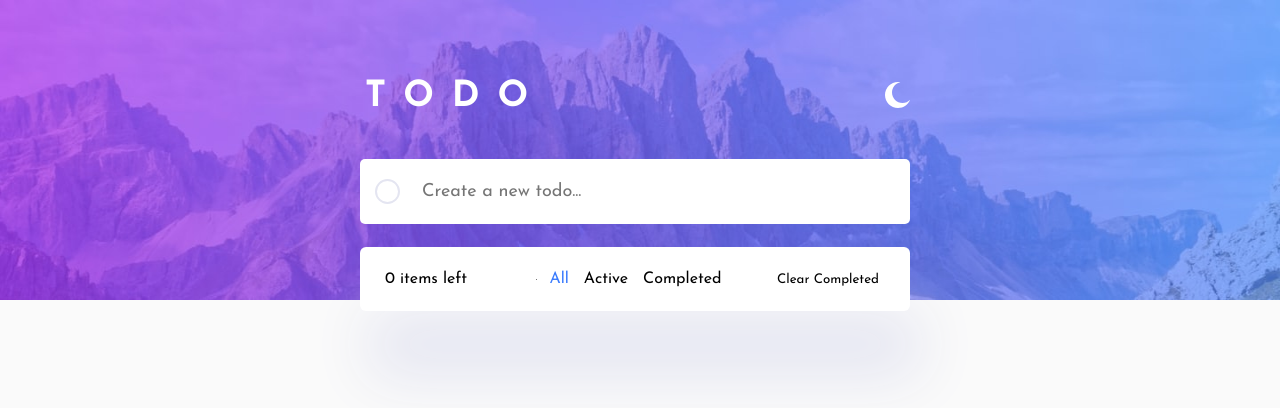
Repository: Haviles04/todoapp
Page: /
These files come from the project's save history. The page is drawn as it stood at one moment and after the next save; the edit follows.
The browser window is 1280 px wide. The pictures show the whole page.
The project was rebuilt for these pictures with package versions that can differ from the ones it lists, and the page was loaded fresh each time.

Above is the page before, as saved 2022-10-24 16:55:04.

### public/index.html
<!DOCTYPE html>
<html lang="en">
  <head>
    <meta charset="utf-8" />
    <meta name="viewport" content="width=device-width, initial-scale=1" />
    <meta name="theme-color" content="#000000" />
    <meta
      name="description"
      content="Web site created using create-react-app"
    />

    <title>Todo App</title>
  </head>
  <body>

    <div id="root"></div>

  </body>
</html>

### src/App.js
import React, { useEffect, useState } from "react";
import "./App.css";
import TaskForm from "./components/taskForm/TaskForm";
import TaskList from "./components/taskList/TaskList";
import Header from "./components/header/Header";



function App() {
  let todoNumber;

  const [todo, setTodo] = useState("");


  const [todoList, setTodoList] = useState(() => {
    //checks to see if there is a todoList saved to local storage, if not returns empty array
    const savedTodoList = localStorage.getItem("todoList");
    if (savedTodoList) {
      return JSON.parse(savedTodoList);
    } else {
      return [];
    }
  });


  //sets "todo" as whatever value of input field is.
  function onChange(e) {
    e.preventDefault();
    setTodo(e.target.value);
  }


  //pushes new "todo" to the setTodoList array
  function handleClick(e) {
    e.preventDefault();

    if(todoList.length > 0){
      todoNumber = todoList.length;
    } else{
      todoNumber = 0;
    }

    const newTodo = {
      text: todo,
      complete: false,
      id: (todoNumber += 1),
    };

    setTodo("");
    setTodoList([...todoList].concat(newTodo));
    document.getElementById("taskInput").value = "";
  }

  useEffect(() => {
    localStorage.setItem("todoList", JSON.stringify(todoList));
  }, [todoList]);



  return (
    <div className="App">
      <Header />
      <TaskForm onChange={onChange} handleClick={handleClick} todo={todo} />
      <TaskList todoList={todoList} setTodoList={setTodoList} />
    </div>
  );
}

export default App;

### src/App.css
@import url('https://fonts.googleapis.com/css2?family=Josefin+Sans:wght@400;700&display=swap');

body, html{
    width: 100vw;
    height: auto;
    margin: 0;
    font-family: 'Josefin Sans', sans-serif;
    font-size: 18px;
    display: flex;
    justify-content: center;
    background-image: url('./assests/bg-desktop-light.jpg');
    background-repeat: no-repeat;
    background-size: 100% 300px;
    background-color: hsl(0, 0%, 98%);
}


@media only screen and (max-width:600px ){
    body,html{
        background-image: url('./assests/bg-mobile-light.jpg');
        background-size: 100% 200px, contain;
    }

    .App{
        display: flex;
        flex-direction: column;
        justify-content: center;
        width: 100%;
    }
  }

### src/components/taskForm/TaskForm.jsx
import React from "react";
import "./taskForm.css";

function TaskForm(props) {
  return (
    <div className="inputContainer">
      <form onSubmit={props.handleClick}>
        <button id="taskBtn" className="circleBtn" type="submit"></button>
        <input
          id="taskInput"
          className="taskInput"
          type="text"
          placeholder="Create a new todo..."
          onChange={props.onChange}
        ></input>
      </form>
    </div>
  );
}

export default TaskForm;

### src/components/taskList/TaskList.jsx
import React, { useState } from "react";
import "./taskList.css";
import TaskItem from "../taskItem/TaskItem";
import OptionsFooter from "../optionsFooter/OptionsFooter";

function TaskList({ todoList, setTodoList }) {
  const [listType, setListType] = useState("all");


  return (
    <div className="taskDisplay">
      <TaskItem
        todoList={todoList}
        listType={listType}
        setTodoList={setTodoList}

      />
      <OptionsFooter
        todoList={todoList}
        setListType={setListType}
        setTodoList={setTodoList}
      />
    </div>
  );
}

export default TaskList;

### src/components/header/Header.jsx
import React from 'react'
import './header.css'


function Header() {
  return (
    <div id="header" className='header'>

        <h1>TODO</h1>
        <button className='modeToggle'></button>

    </div>
  )
}

export default Header

### src/components/taskForm/taskForm.css
.inputContainer{
    height: 65px;
    width: 550px;
    background-color: white;
    border-radius: 5px;
    display: flex;
    justify-content: space-between;
    align-items: center;
    margin-top: 15px;
}

form{
    display:flex;
    align-items: center;
}

.taskInput{
    width: 450px;
    height: 30px;
    margin-left: 20px;
    font-family: 'Josefin Sans', sans-serif;
    border: 0;
    outline: none;
    font-size: 18px;
}

.circleBtn{
    width:25px;
    height: 25px;
    border-radius: 50%;
    border:2px solid hsl(236, 33%, 92%);
    background-color: transparent;
    margin-left: 15px;
    background-position: center;
}

.circleBtn:hover{
    cursor: pointer;
}


@media only screen and (max-width:600px ){
  .inputContainer{
    width: 325px;
    height: 50px;
  }


    .taskInput{
    width: auto;
  }
}

### src/components/taskList/taskList.css
.taskDisplay {
  margin-top: 23px;
  width: 550px;
  height: auto;
  background-color: white;
  border-radius: 6px;
  box-shadow: 10px 65px 60px hsl(236, 33%, 92%);
}

@media only screen and (max-width:600px ){
  .taskDisplay{
    width: 325px;
    margin-top: 15px;
  }
}

### src/components/taskItem/TaskItem.jsx
import React from "react";
import "./taskItem.css";

function TaskItem({ listType, todoList,setTodoList }) {
  let displayList = [];

  //determines which list type to display
  if (listType === "all") {
    displayList = [...todoList];
  } else if (listType === "active") {
    displayList = [...todoList].filter((todo) => !todo.complete);
  } else {
    displayList = [...todoList].filter((todo) => todo.complete);
  }


  //sets the current todo as complete inside of the array, runs pluralize to change "task left" at bottom
  function completeTask(id) {
    todoList.forEach((todo) => {
      if (todo.id === id) {
        todo.complete = !todo.complete;
      }

      setTodoList(todoList);

    });
  }

  return (
    <>
      {displayList.map((todo) => {
        if (todo.complete) {
          return (
            <div id={`container_${todo.id}`} key={todo.id} className="todoList">
              <label>
                <input
                  type="checkbox"
                  display="hidden"
                  name={`checkID${todo.id}`}
                  onClick={() => completeTask(todo.id)}
                  className="checkComplete"
                  defaultChecked
                ></input>
                <span className="checkboxSpan" />
                <span className="todoText">{todo.text}</span>
              </label>
            </div>
          );
        } else {
          return (
            <div id={`container_${todo.id}`} key={todo.id} className="todoList">
              <label>
                <input
                  type="checkbox"
                  display="hidden"
                  name={`checkID${todo.id}`}
                  onClick={() => completeTask(todo.id)}
                  className="checkComplete"
                ></input>
                <span className="checkboxSpan" />
                <span className="todoText">{todo.text}</span>
              </label>
            </div>
          );
        }
      })}
    </>
  );
}

export default TaskItem;

### src/components/optionsFooter/OptionsFooter.jsx
import React, { useEffect, useState } from "react";
import "./optionsFooter.css";

function OptionsFooter(props) {
  const [plural, setPlural] = useState("");
  useEffect(() => pluralize());

  //Checks to see how many items are on the list, and makes "item" plural
  function pluralize() {
    setPlural(() => {
      let countOverOne = [...props.todoList].filter(
        (todo) => !todo.complete
      ).length;
      if (countOverOne === 1) {
        return `${countOverOne} item left`;
      } else {
        return `${countOverOne} items left`;
      }
    });
  }

  //clears Completed from array
  function clearComplete() {
    let activeArray = [...props.todoList].filter((todo) => !todo.complete);
    props.setTodoList(activeArray);
  }

  return (
    <div className="completedActiveOptions">
      <span className="todoCount">{plural}</span>
      <div className="options">
      <form>
        <input
          id="all"
          type="radio"
          name="completeActiveAll"
          className="completeActiveAll"
          onClick={() => props.setListType("all")}
          defaultChecked
        />
        <label className="todoStatusLabel" htmlFor="all">
          All
        </label>
        <input
          id="active"
          type="radio"
          name="completeActiveAll"
          className="completeActiveAll"
          onClick={() => props.setListType("active")}
        />
        <label className="todoStatusLabel" htmlFor="active">
          Active
        </label>
        <input
          id="completed"
          type="radio"
          name="completeActiveAll"
          className="completeActiveAll"
          onClick={() => props.setListType("completed")}
        />
        <label className="todoStatusLabel" htmlFor="completed">
          Completed
        </label>
      </form>
      </div>
      <button className="clearComplete" onClick={clearComplete}>
        Clear Completed
      </button>
    </div>
  );
}

export default OptionsFooter;

### src/components/header/header.css
.header{
    padding: 5px;
    width: 550px;
    margin-top: 50px;
    display: flex;
    justify-content: space-between;
    align-items: center;
}

.modeToggle{
    background-image: url('../../assests/icon-moon.svg');
    height: 30px;
    width: 30px;
    border: none;
    background-color: transparent;
    background-repeat: no-repeat;
}

.modeToggle:hover{
    cursor: pointer;
}

.header h1{
    color: white;
    letter-spacing: 1rem;
}

@media only screen and (max-width:600px ){
    .header{
        width: 100%;
        margin-top: 20px;
        font-size: 14px;
    }
  }

### src/components/taskItem/taskItem.css
.todoList {
    min-width: 450px;
    height: 64px;
    display: flex;
    align-items: center;
    font-family: "Josefin Sans", sans-serif;
    border: 0;
    outline: none;
    font-size: 18px;
    box-sizing: border-box;
    border-bottom: 1px solid hsl(236, 33%, 92%);
  }

  .checkComplete {
    position: absolute;
    width: 1px;
    height: 1px;
    margin: -1px;
    z-index: -1;
  }

  .taskDisplay label {
    display: flex;
    align-items: center;
    gap: 8px;
  }

  input:checked ~ .todoText {
    text-decoration: line-through;
    color:hsl(236, 33%, 92%);
  }

  input:checked + .checkboxSpan {
    background-repeat: no-repeat;
    background-image: url(../../assests/icon-check.svg),
      linear-gradient(hsl(192, 100%, 67%), hsl(280, 87%, 65%));
    background-position: center;
  }

  .checkboxSpan {
    display: inline-block;
    height: 20px;
    width: 20px;
    border-radius: 50%;
    border: 2px solid hsl(236, 33%, 92%);
    margin-left: 15px;
    margin-right: 15px;
  }

  .checkboxSpan:hover{
      cursor: pointer;
  }

  .todoText:hover{
      cursor: pointer;
  }


  @media only screen and (max-width:600px ){
    .todoList{
      min-width: auto;
      width: 325px;
      height: 60px
    }
  }

### src/components/optionsFooter/optionsFooter.css
.completedActiveOptions{
    height: 64px;
    display: flex;
    flex-direction: row;
    align-items: center;
    justify-content: space-between;
    font-size: 16px;
}

.todoCount {
    margin-left: 25px;
    width:100px;
    box-sizing: border-box;
}

.completeActiveAll{
    position: absolute;
    width: 1px;
    height: 1px;
    margin: 1px;
}

.todoStatusLabel{
    margin-left: 15px;
}

.todoStatusLabel:hover{
    color: hsl(220, 98%, 61%);
    cursor: pointer;
}

.completeActiveAll:checked + .todoStatusLabel{
    color: hsl(220, 98%, 61%);
}

.clearComplete{
    background-color: transparent;
    border: none;
    font-family:"Josefin Sans", sans-serif; ;
    margin-right:25px;
}

.clearComplete:hover{
    cursor: pointer;
    color: hsl(220, 98%, 61%);
}

@media only screen and (max-width:600px ){
    .options{
        position: relative;
        display: flex;
        justify-content: center;
        height: 50px;
        top:75px;
        background-color: white;
        border-radius: 5px;
    }
  }

Loaded but not shown: src/index.js (common file)

After the next save:
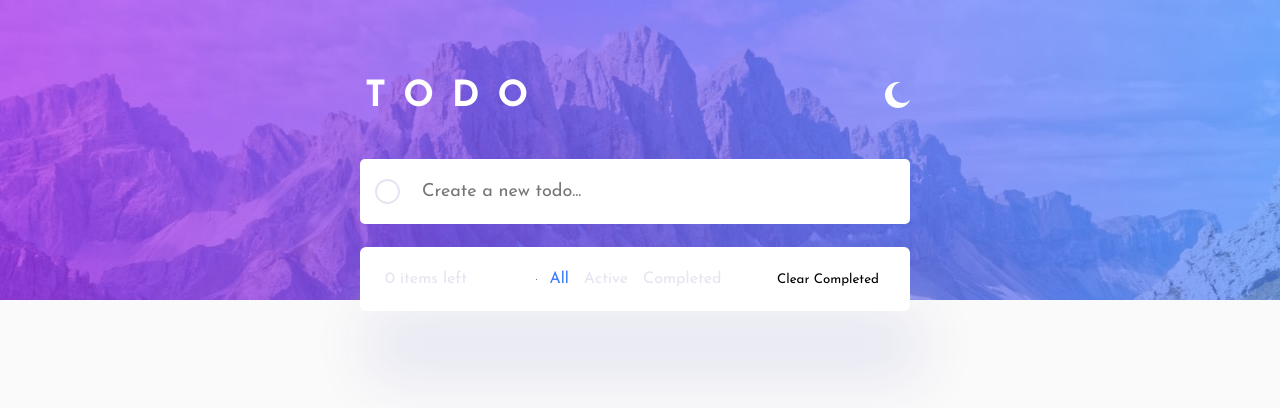
Saved 35 s later.
--- a/src/components/optionsFooter/optionsFooter.css
+++ b/src/components/optionsFooter/optionsFooter.css
@@ -5,6 +5,7 @@
     align-items: center;
     justify-content: space-between;
     font-size: 16px;
+    color: hsl(236, 33%, 92%);
 }
 
 .todoCount {
